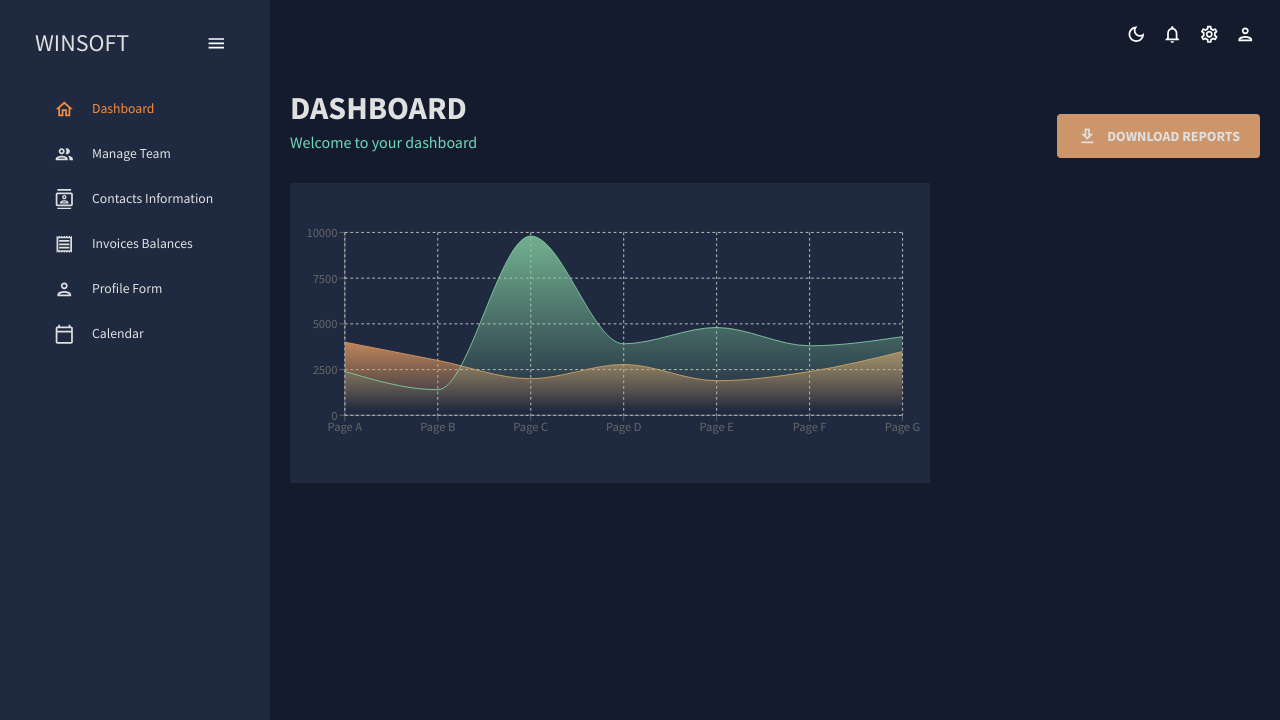
Repository: thamaraiselvan315731/winssoft
Page: /
An editor plug-in stored every save of this project. The page is shown before and after the next save, followed by the edit.
The browser window is 1280 px wide. The pictures show the whole page.
The project was rebuilt for these pictures with package versions that can differ from the ones it lists, and the page was loaded fresh each time. Also part of the build but not shown: src/pages/team/index.jsx, src/pages/invoices/index.jsx, src/pages/contacts/index.jsx, src/pages/form/index.jsx, src/components/LineChart.jsx, src/data/mockGeoFeatures.js, src/components/GeographyChart.jsx, src/components/BarChart.jsx and 4 more.

Above is the page before, as saved 2022-12-01 11:05:18.

### src/App.js
import { useState } from "react";
import { Routes, Route } from "react-router-dom";
import Topbar from "./pages/global/Topbar";
import Sidebar from "./pages/global/Sidebar";
import Team from "./pages/team";
import Invoices from "./pages/invoices";
import Contacts from "./pages/contacts";
import Form from "./pages/form";
// import Bar from "./pages/bar";
// import Line from "./pages/line";
// import Pie from "./pages/pie";
// import Geography from "./pages/geography";
import Dashboard from "./pages/dashboard";
import FAQ from "./pages/faq";
import { CssBaseline, ThemeProvider } from "@mui/material";
import { ColorModeContext, useMode } from "./theme";
import Calendar from "./pages/calendar/calendar";

function App() {
  const [theme, colorMode] = useMode();
  const [isSidebar, setIsSidebar] = useState(true);

  return (
    <ColorModeContext.Provider value={colorMode}>
      <ThemeProvider theme={theme}>
        <CssBaseline />
        <div className="app">
          <Sidebar isSidebar={isSidebar} />
          <main className="content">
            <Topbar setIsSidebar={setIsSidebar} />
            <Routes>
              <Route path="/" element={<Dashboard />} />
              <Route path="/team" element={<Team />} />
              <Route path="/contacts" element={<Contacts />} />
              <Route path="/invoices" element={<Invoices />} />
              <Route path="/form" element={<Form />} />
              {/* <Route path="/bar" element={<Bar />} />
              <Route path="/pie" element={<Pie />} />
              <Route path="/line" element={<Line />} /> */}
              <Route path="/faq" element={<FAQ />} />
              <Route path="/calendar" element={<Calendar />} />
              {/* <Route path="/geography" element={<Geography />} /> */}
            </Routes>
          </main>
        </div>
      </ThemeProvider>
    </ColorModeContext.Provider>
  );
}

export default App;

### src/pages/global/Topbar.jsx
import { Box, IconButton, useTheme } from "@mui/material";
import { useContext } from "react";
import { ColorModeContext, tokens } from "../../theme";
import InputBase from "@mui/material/InputBase";
import LightModeOutlinedIcon from "@mui/icons-material/LightModeOutlined";
import DarkModeOutlinedIcon from "@mui/icons-material/DarkModeOutlined";
import NotificationsOutlinedIcon from "@mui/icons-material/NotificationsOutlined";
import SettingsOutlinedIcon from "@mui/icons-material/SettingsOutlined";
import PersonOutlinedIcon from "@mui/icons-material/PersonOutlined";
import SearchIcon from "@mui/icons-material/Search";

const Topbar = () => {
  const theme = useTheme();
  const colors = tokens(theme.palette.mode);
  const colorMode = useContext(ColorModeContext);

  return (
    <Box display="flex" justifyContent="flex-end" p={2}>
      {/* SEARCH BAR */}
      {/* <Box
        display="flex"
        backgroundColor={colors.primary[400]}
        borderRadius="3px"
      >
        <InputBase sx={{ ml: 2, flex: 1 }} placeholder="Search" />
        <IconButton type="button" sx={{ p: 1 }}>
          <SearchIcon />
        </IconButton>
      </Box> */}

      {/* ICONS */}
      <Box display="flex">
        <IconButton onClick={colorMode.toggleColorMode}>
          {theme.palette.mode === "dark" ? (
            <DarkModeOutlinedIcon />
          ) : (
            <LightModeOutlinedIcon />
          )}
        </IconButton>
        <IconButton>
          <NotificationsOutlinedIcon />
        </IconButton>
        <IconButton>
          <SettingsOutlinedIcon />
        </IconButton>
        <IconButton>
          <PersonOutlinedIcon />
        </IconButton>
      </Box>
    </Box>
  );
};

export default Topbar;

### src/pages/global/Sidebar.jsx
import { useState } from "react";
import { ProSidebar, Menu, MenuItem } from "react-pro-sidebar";
import { Box, IconButton, Typography, useTheme } from "@mui/material";
import { Link } from "react-router-dom";
import "react-pro-sidebar/dist/css/styles.css";
import { tokens } from "../../theme";
import HomeOutlinedIcon from "@mui/icons-material/HomeOutlined";
import PeopleOutlinedIcon from "@mui/icons-material/PeopleOutlined";
import ContactsOutlinedIcon from "@mui/icons-material/ContactsOutlined";
import ReceiptOutlinedIcon from "@mui/icons-material/ReceiptOutlined";
import PersonOutlinedIcon from "@mui/icons-material/PersonOutlined";
import CalendarTodayOutlinedIcon from "@mui/icons-material/CalendarTodayOutlined";// eslint-disable-next-line
import HelpOutlineOutlinedIcon from "@mui/icons-material/HelpOutlineOutlined";// eslint-disable-next-line
import BarChartOutlinedIcon from "@mui/icons-material/BarChartOutlined";// eslint-disable-next-line
import PieChartOutlineOutlinedIcon from "@mui/icons-material/PieChartOutlineOutlined";// eslint-disable-next-line
import TimelineOutlinedIcon from "@mui/icons-material/TimelineOutlined";// eslint-disable-next-line
import MenuOutlinedIcon from "@mui/icons-material/MenuOutlined";// eslint-disable-next-line
import MapOutlinedIcon from "@mui/icons-material/MapOutlined";// eslint-disable-next-line

const Item = ({ title, to, icon, selected, setSelected }) => {
  const theme = useTheme();
  const colors = tokens(theme.palette.mode);
  return (
    <MenuItem
      active={selected === title}
      style={{
        color: colors.grey[100],
      }}
      onClick={() => setSelected(title)}
      icon={icon}
    >
      <Typography>{title}</Typography>
      <Link to={to} />
    </MenuItem>
  );
};

const Sidebar = () => {
  const theme = useTheme();
  const colors = tokens(theme.palette.mode);
  const [isCollapsed, setIsCollapsed] = useState(false);
  const [selected, setSelected] = useState("Dashboard");

  return (
    <Box
      sx={{
        "& .pro-sidebar-inner": {
          background: `${colors.primary[400]} !important`,
        },
        "& .pro-icon-wrapper": {
          backgroundColor: "transparent !important",
        },
        "& .pro-inner-item": {
          padding: "5px 35px 5px 20px !important",
        },
        "& .pro-inner-item:hover": {
          color: "#f78d3e !important",
        },
        "& .pro-menu-item.active": {
          color: "#f78d3e !important",
        },
      }}
    >
      <ProSidebar collapsed={isCollapsed}>
        <Menu iconShape="square">
          {/* LOGO AND MENU ICON */}
          <MenuItem
            onClick={() => setIsCollapsed(!isCollapsed)}
            icon={isCollapsed ? <MenuOutlinedIcon /> : undefined}
            style={{
              margin: "10px 0 20px 0",
              color: colors.grey[100],
            }}
          >
            {!isCollapsed && (
              <Box
                display="flex"
                justifyContent="space-between"
                alignItems="center"
                ml="15px"
              >
                <Typography variant="h3" color={colors.grey[100]}>
                  WINSOFT
                </Typography>
                <IconButton onClick={() => setIsCollapsed(!isCollapsed)}>
                  <MenuOutlinedIcon />
                </IconButton>
              </Box>
            )}
          </MenuItem>

          {/* {!isCollapsed && (
            <Box mb="25px">
              <Box display="flex" justifyContent="center" alignItems="center">
                <img
                  alt="profile-user"
                  width="100px"
                  height="100px"
                  src={`../../assets/user.png`}
                  style={{ cursor: "pointer", borderRadius: "50%" }}
                />
              </Box>
              <Box textAlign="center">
                <Typography
                  variant="h2"
                  color={colors.grey[100]}
                  fontWeight="bold"
                  sx={{ m: "10px 0 0 0" }}
                >
                  Ed Roh
                </Typography>
                <Typography variant="h5" color={colors.greenAccent[500]}>
                  VP Fancy Admin
                </Typography>
              </Box>
            </Box>
          )} */}

          <Box paddingLeft={isCollapsed ? undefined : "10%"}>
            <Item
              title="Dashboard"
              to="/"
              icon={<HomeOutlinedIcon />}
              selected={selected}
              setSelected={setSelected}
            />

            {/* <Typography
              variant="h6"
              color={colors.grey[300]}
              sx={{ m: "15px 0 5px 20px" }}
            >
              Data
            </Typography> */}
            <Item
              title="Manage Team"
              to="/team"
              icon={<PeopleOutlinedIcon />}
              selected={selected}
              setSelected={setSelected}
            />
            <Item
              title="Contacts Information"
              to="/contacts"
              icon={<ContactsOutlinedIcon />}
              selected={selected}
              setSelected={setSelected}
            />
            <Item
              title="Invoices Balances"
              to="/invoices"
              icon={<ReceiptOutlinedIcon />}
              selected={selected}
              setSelected={setSelected}
            />

            {/* <Typography
              variant="h6"
              color={colors.grey[300]}
              sx={{ m: "15px 0 5px 20px" }}
            >
              Pages
            </Typography> */}
            <Item
              title="Profile Form"
              to="/form"
              icon={<PersonOutlinedIcon />}
              selected={selected}
              setSelected={setSelected}
            />
            <Item
              title="Calendar"
              to="/calendar"
              icon={<CalendarTodayOutlinedIcon />}
              selected={selected}
              setSelected={setSelected}
            />
            {/* <Item
              title="FAQ Page"
              to="/faq"
              icon={<HelpOutlineOutlinedIcon />}
              selected={selected}
              setSelected={setSelected}
            /> */}

            {/* <Typography
              variant="h6"
              color={colors.grey[300]}
              sx={{ m: "15px 0 5px 20px" }}
            >
              Charts
            </Typography>
            <Item
              title="Bar Chart"
              to="/bar"
              icon={<BarChartOutlinedIcon />}
              selected={selected}
              setSelected={setSelected}
            />
            <Item
              title="Pie Chart"
              to="/pie"
              icon={<PieChartOutlineOutlinedIcon />}
              selected={selected}
              setSelected={setSelected}
            />
            <Item
              title="Line Chart"
              to="/line"
              icon={<TimelineOutlinedIcon />}
              selected={selected}
              setSelected={setSelected}
            />
            <Item
              title="Geography Chart"
              to="/geography"
              icon={<MapOutlinedIcon />}
              selected={selected}
              setSelected={setSelected}
            /> */}
          </Box>
        </Menu>
      </ProSidebar>
    </Box>
  );
};

export default Sidebar;

### src/pages/dashboard/index.jsx
import { Box, Button, IconButton, Typography, useTheme } from "@mui/material";
import { tokens } from "../../theme";
import { mockTransactions } from "../../data/mockData";
import DownloadOutlinedIcon from "@mui/icons-material/DownloadOutlined";
import { AreaCharts } from "../../Charts/AreaChart"
import EmailIcon from "@mui/icons-material/Email";
import PointOfSaleIcon from "@mui/icons-material/PointOfSale";
import PersonAddIcon from "@mui/icons-material/PersonAdd";
import TrafficIcon from "@mui/icons-material/Traffic";
import Header from "../../components/Header";
import LineChart from "../../components/LineChart";
import GeographyChart from "../../components/GeographyChart";
import BarChart from "../../components/BarChart";
import StatBox from "../../components/StatBox";
import ProgressCircle from "../../components/ProgressCircle";

const Dashboard = () => {
  const theme = useTheme();
  const colors = tokens(theme.palette.mode);

  return (

    <Box m="20px">
      {/* HEADER */}
      <Box display="flex" justifyContent="space-between" alignItems="center">
        <Header title="DASHBOARD" subtitle="Welcome to your dashboard" />

        <Box>
          <Button
            sx={{
              backgroundColor: colors.blueAccent[700],
              color: colors.grey[100],
              fontSize: "14px",
              fontWeight: "bold",
              padding: "10px 20px",
            }}
          >
            <DownloadOutlinedIcon sx={{ mr: "10px" }} />
            Download Reports
          </Button>
        </Box>
      </Box>

      {/* GRID & CHARTS */}
      <Box
        display="grid"
        gridTemplateColumns="repeat(12, 1fr)"
        gridAutoRows="300px"
        gap="20px"
      >
        {/* ROW 1 */}
        <Box
          gridColumn="span 8"
          backgroundColor={colors.primary[400]}
          display="flex"
          alignItems="center"
          justifyContent="center"
        >
          <AreaCharts />
          {/* <StatBox
            title="12,361"
            subtitle="Emails Sent"
            progress="0.75"
            increase="+14%"
            icon={
              <EmailIcon
                sx={{ color: colors.greenAccent[600], fontSize: "26px" }}
              />
            }
          /> */}
        </Box>
        {/* <Box
          gridColumn="span 3"
          backgroundColor={colors.primary[400]}
          display="flex"
          alignItems="center"
          justifyContent="center"
        >
          <StatBox
            title="431,225"
            subtitle="Sales Obtained"
            progress="0.50"
            increase="+21%"
            icon={
              <PointOfSaleIcon
                sx={{ color: colors.greenAccent[600], fontSize: "26px" }}
              />
            }
          />
        </Box>
        <Box
          gridColumn="span 3"
          backgroundColor={colors.primary[400]}
          display="flex"
          alignItems="center"
          justifyContent="center"
        >
          <StatBox
            title="32,441"
            subtitle="New Clients"
            progress="0.30"
            increase="+5%"
            icon={
              <PersonAddIcon
                sx={{ color: colors.greenAccent[600], fontSize: "26px" }}
              />
            }
          />
        </Box>
        <Box
          gridColumn="span 3"
          backgroundColor={colors.primary[400]}
          display="flex"
          alignItems="center"
          justifyContent="center"
        >
          <StatBox
            title="1,325,134"
            subtitle="Traffic Received"
            progress="0.80"
            increase="+43%"
            icon={
              <TrafficIcon
                sx={{ color: colors.greenAccent[600], fontSize: "26px" }}
              />
            }
          />
        </Box> */}

        {/* ROW 2 */}
        {/* <Box
          gridColumn="span 8"
          gridRow="span 2"
          backgroundColor={colors.primary[400]}
        >
          <Box
            mt="25px"
            p="0 30px"
            display="flex "
            justifyContent="space-between"
            alignItems="center"
          >
            <Box>
              <Typography
                variant="h5"
                fontWeight="600"
                color={colors.grey[100]}
              >
                Revenue Generated
              </Typography>
              <Typography
                variant="h3"
                fontWeight="bold"
                color={colors.greenAccent[500]}
              >
                $59,342.32
              </Typography>
            </Box>
            <Box>
              <IconButton>
                <DownloadOutlinedIcon
                  sx={{ fontSize: "26px", color: colors.greenAccent[500] }}
                />
              </IconButton>
            </Box>
          </Box>
          <Box height="250px" m="-20px 0 0 0">
            <LineChart isDashboard={true} />
          </Box>
        </Box>
        <Box
          gridColumn="span 4"
          gridRow="span 2"
          backgroundColor={colors.primary[400]}
          overflow="auto"
        >
          <Box
            display="flex"
            justifyContent="space-between"
            alignItems="center"
            borderBottom={`4px solid ${colors.primary[500]}`}
            colors={colors.grey[100]}
            p="15px"
          >
            <Typography color={colors.grey[100]} variant="h5" fontWeight="600">
              Recent Transactions
            </Typography>
          </Box>
          {mockTransactions.map((transaction, i) => (
            <Box
              key={`${transaction.txId}-${i}`}
              display="flex"
              justifyContent="space-between"
              alignItems="center"
              borderBottom={`4px solid ${colors.primary[500]}`}
              p="15px"
            >
              <Box>
                <Typography
                  color={colors.greenAccent[500]}
                  variant="h5"
                  fontWeight="600"
                >
                  {transaction.txId}
                </Typography>
                <Typography color={colors.grey[100]}>
                  {transaction.user}
                </Typography>
              </Box>
              <Box color={colors.grey[100]}>{transaction.date}</Box>
              <Box
                backgroundColor={colors.greenAccent[500]}
                p="5px 10px"
                borderRadius="4px"
              >
                ${transaction.cost}
              </Box>
            </Box>
          ))}
        </Box> */}

        {/* ROW 3 */}
        {/* <Box
          gridColumn="span 4"
          gridRow="span 2"
          backgroundColor={colors.primary[400]}
          p="30px"
        >
          <Typography variant="h5" fontWeight="600">
            Campaign
          </Typography>
          <Box
            display="flex"
            flexDirection="column"
            alignItems="center"
            mt="25px"
          >
            <ProgressCircle size="125" />
            <Typography
              variant="h5"
              color={colors.greenAccent[500]}
              sx={{ mt: "15px" }}
            >
              $48,352 revenue generated
            </Typography>
            <Typography>Includes extra misc expenditures and costs</Typography>
          </Box>
        </Box>
        <Box
          gridColumn="span 4"
          gridRow="span 2"
          backgroundColor={colors.primary[400]}
        >
          <Typography
            variant="h5"
            fontWeight="600"
            sx={{ padding: "30px 30px 0 30px" }}
          >
            Sales Quantity
          </Typography>
          <Box height="250px" mt="-20px">
            <BarChart isDashboard={true} />
          </Box>
        </Box>
        <Box
          gridColumn="span 4"
          gridRow="span 2"
          backgroundColor={colors.primary[400]}
          padding="30px"
        >
          <Typography
            variant="h5"
            fontWeight="600"
            sx={{ marginBottom: "15px" }}
          >
            Geography Based Traffic
          </Typography>
          <Box height="200px">
            <GeographyChart isDashboard={true} />
          </Box>
        </Box> */}
      </Box>
    </Box>
  );
};

export default Dashboard;

### src/Charts/AreaChart.js
import { LineChart, Line, AreaChart, ResponsiveContainer, YAxis, Area, Tooltip, CartesianGrid, linearGradient, XAxis } from 'recharts';


const data = [
    {
        "name": "Page A",
        "uv": 4000,
        "pv": 2400,
        "amt": 2400
    },
    {
        "name": "Page B",
        "uv": 3000,
        "pv": 1398,
        "amt": 2210
    },
    {
        "name": "Page C",
        "uv": 2000,
        "pv": 9800,
        "amt": 2290
    },
    {
        "name": "Page D",
        "uv": 2780,
        "pv": 3908,
        "amt": 2000
    },
    {
        "name": "Page E",
        "uv": 1890,
        "pv": 4800,
        "amt": 2181
    },
    {
        "name": "Page F",
        "uv": 2390,
        "pv": 3800,
        "amt": 2500
    },
    {
        "name": "Page G",
        "uv": 3490,
        "pv": 4300,
        "amt": 2100
    }
]


export const AreaCharts = () => {
    // const theme = useTheme();
    // const colors = tokens(theme.palette.mode);

    return (
        <ResponsiveContainer width={700} height="80%">
            < AreaChart width={730} height={250} data={data}
                margin={{ top: 10, right: 30, left: 0, bottom: 0 }}>
                <defs>
                    <linearGradient id="colorUv" x1="0" y1="0" x2="0" y2="1">
                        <stop offset="5%" stopColor="#de965d" stopOpacity={0.8} />
                        <stop offset="95%" stopColor="#de965d" stopOpacity={0} />
                    </linearGradient>
                    <linearGradient id="colorPv" x1="0" y1="0" x2="0" y2="1">
                        <stop offset="5%" stopColor="#82ca9d" stopOpacity={0.8} />
                        <stop offset="95%" stopColor="#82ca9d" stopOpacity={0} />
                    </linearGradient>
                </defs>
                <XAxis dataKey="name" />
                <YAxis />
                <CartesianGrid strokeDasharray="3 3" />
                <Tooltip />
                <Area type="monotone" dataKey="uv" stroke="#de965d" fillOpacity={1} fill="url(#colorUv)" />
                <Area type="monotone" dataKey="pv" stroke="#82ca9d" fillOpacity={1} fill="url(#colorPv)" />
            </AreaChart ></ResponsiveContainer>
    );
};

Loaded but not shown: public/index.html (common file); src/index.js (common file); src/index.css (common file); src/components/Header.jsx (common file); src/data/mockData.js (1283 lines, source omitted); src/theme.js (214 lines, source omitted)

After the next save:
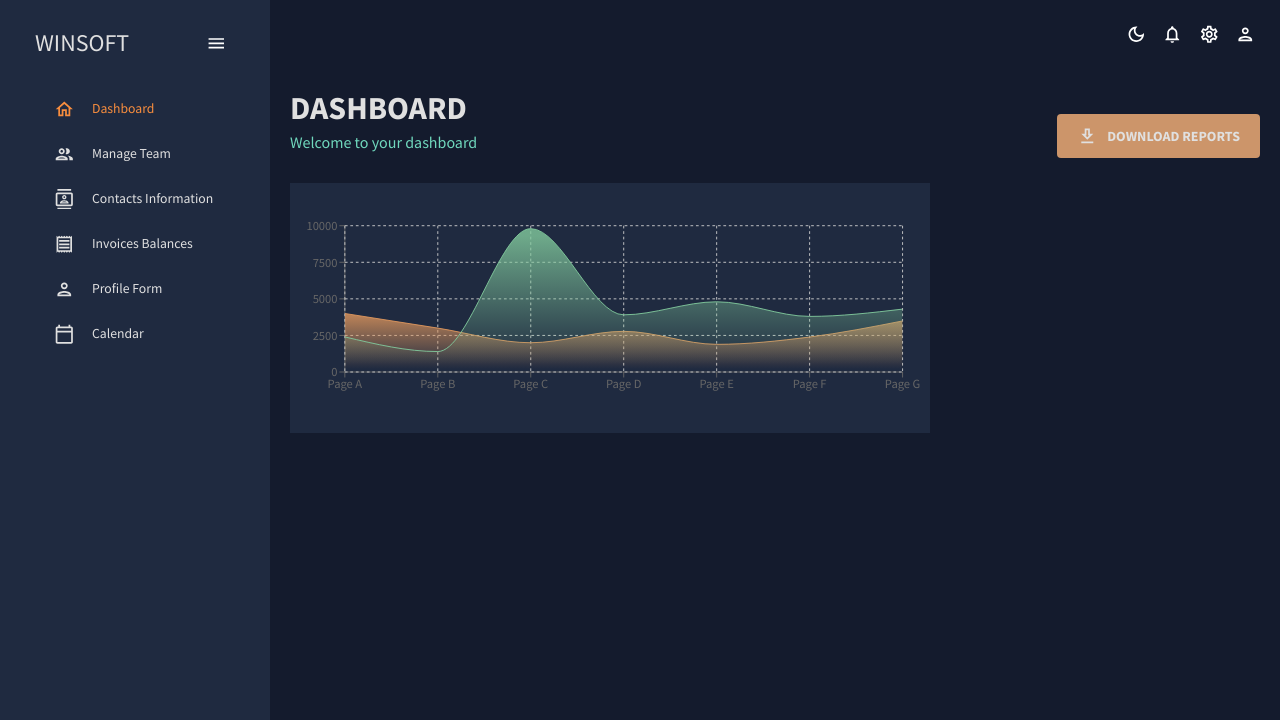
Saved 25 s later.
--- a/src/pages/dashboard/index.jsx
+++ b/src/pages/dashboard/index.jsx
@@ -45,7 +45,7 @@ const Dashboard = () => {
       <Box
         display="grid"
         gridTemplateColumns="repeat(12, 1fr)"
-        gridAutoRows="300px"
+        gridAutoRows="250px"
         gap="20px"
       >
         {/* ROW 1 */}
